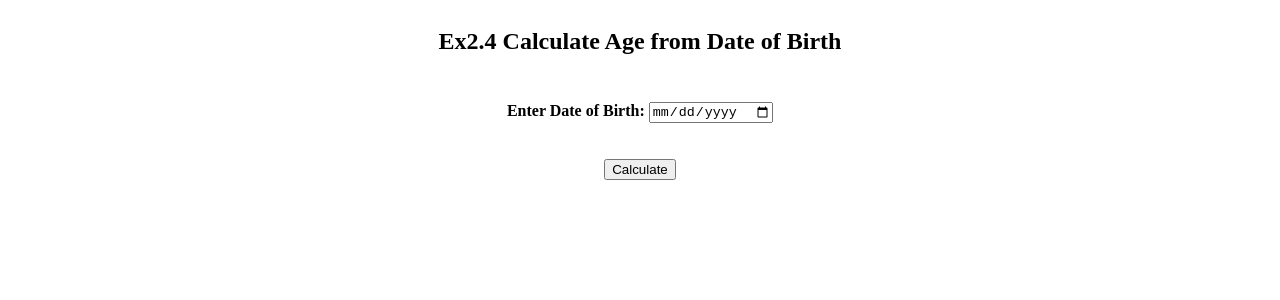
Repository: HoangDuy315/web-dev2022
Page: hw151022/ex2/ex2.4/index.html
These files come from the project's save history. The page is drawn as it stood at one moment and after the next save; the edit follows.
The browser window is 1280 px wide. The pictures show the whole page.

Above is the page before, as saved 2022-10-15 15:16:21.

### hw151022/ex2/ex2.4/index.html
<!DOCTYPE html>
<html lang="en">
<head>
    <meta charset="UTF-8">
    <meta http-equiv="X-UA-Compatible" content="IE=edge">
    <meta name="viewport" content="width=device-width, initial-scale=1.0">
    <link rel="stylesheet" href="./style.css">
    <title>Document</title>
<head>
<script>
function ageCalculator() {
    var userinput = document.getElementById("DOB").value;
    var dob = new Date(userinput);
    if(userinput==null || userinput=='') {
      document.getElementById("message").innerHTML = "**Choose a date please!";
      return false;
    } else {

    //calculate month difference from current date in time
    var month_diff = Date.now() - dob.getTime();

    //convert the calculated difference in date format
    var age_dt = new Date(month_diff);

    //extract year from date
    var year = age_dt.getUTCFullYear();

    //now calculate the age of the user
    var age = Math.abs(year - 1970);

    //display the calculated age
    return document.getElementById("result").innerHTML =
             "Age is: " + age + " years. ";
    }
}
</script>
</head>
<body>
<div class="form">
<h2>Ex2.4 Calculate Age from Date of Birth <br> <br> </h2>

<!-- Choose a date and enter in input field -->
<b> Enter Date of Birth: <input type=date id = DOB> </b>
<span id = "message" style="color:red"> </span> <br><br>

<!-- Choose a date and enter in input field -->
<button type="submit" onclick = "ageCalculator()"> Calculate </button>
<h3></h3>
</div>
</body>
</html>

### hw151022/ex2/ex2.4/style.css
.form {
  display: flex;
  align-items: center;
  justify-content: center;
  flex-direction: column;
}

After the next save:
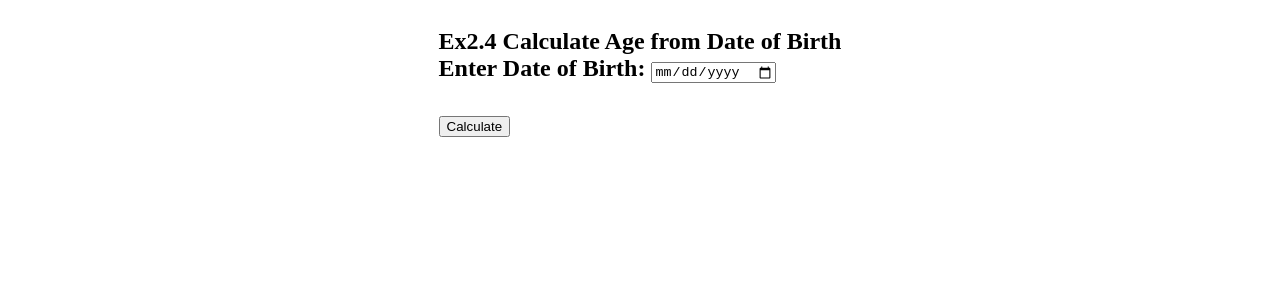
Saved 8 s later.
--- a/hw151022/ex2/ex2.4/index.html
+++ b/hw151022/ex2/ex2.4/index.html
@@ -37,7 +37,7 @@ function ageCalculator() {
 </head>
 <body>
 <div class="form">
-<h2>Ex2.4 Calculate Age from Date of Birth <br> <br> </h2>
+<h2>Ex2.4 Calculate Age from Date of Birth <br>
 
 <!-- Choose a date and enter in input field -->
 <b> Enter Date of Birth: <input type=date id = DOB> </b>

After the save that followed:
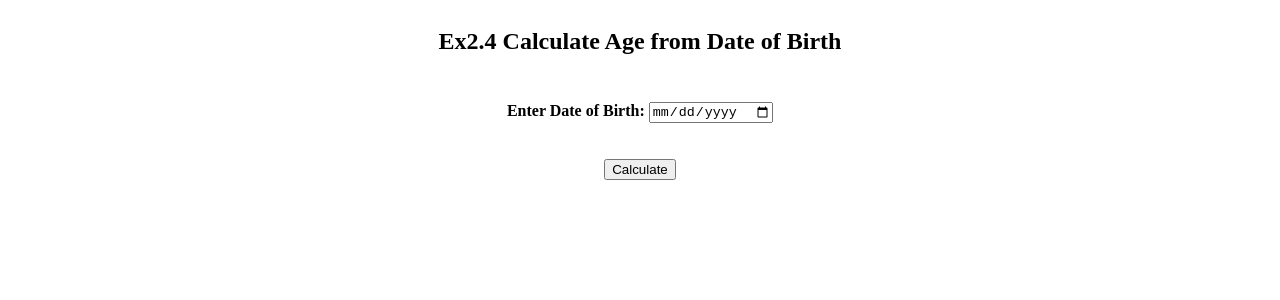
Saved 6 s later.
--- a/hw151022/ex2/ex2.4/index.html
+++ b/hw151022/ex2/ex2.4/index.html
@@ -37,14 +37,14 @@ function ageCalculator() {
 </head>
 <body>
 <div class="form">
-<h2>Ex2.4 Calculate Age from Date of Birth <br>
+<h2>Ex2.4 Calculate Age from Date of Birth <br> <br> </h2>
 
 <!-- Choose a date and enter in input field -->
 <b> Enter Date of Birth: <input type=date id = DOB> </b>
 <span id = "message" style="color:red"> </span> <br><br>
 
 <!-- Choose a date and enter in input field -->
-<button type="submit" onclick = "ageCalculator()"> Calculate </button>
+<button type="submit" onclick = "ageCalculator()"> Calculate </button> <br><br>
 <h3></h3>
 </div>
 </body>
